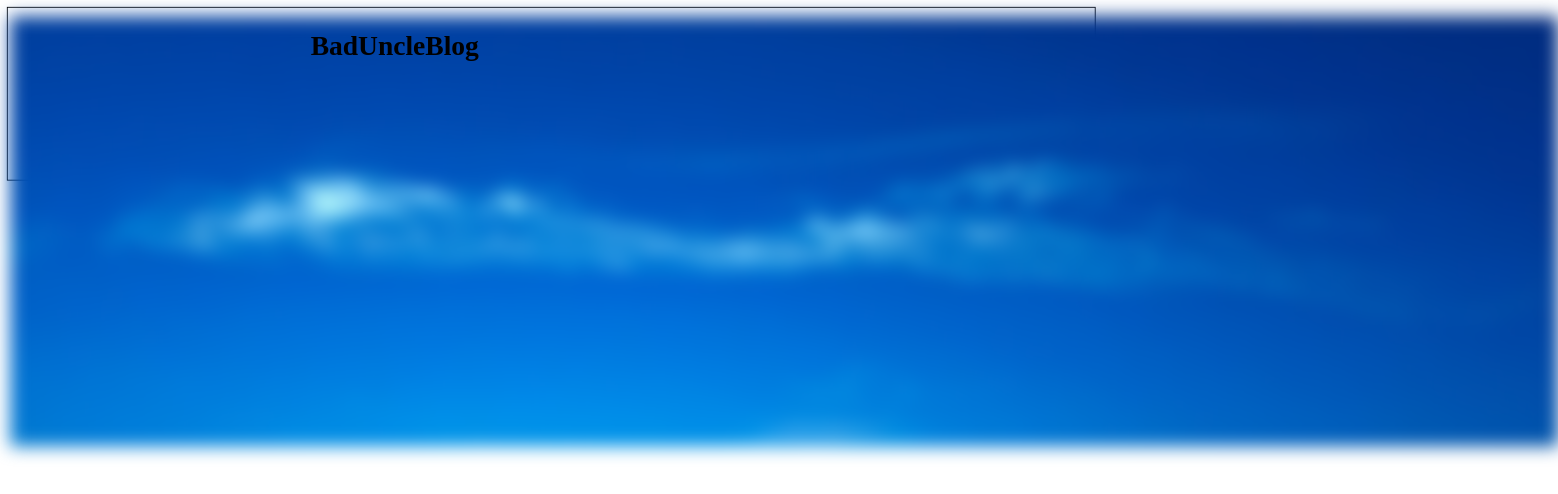
Repository: lidasi/monkeyLife
Page: http://localhost/monkeyLife/jsp/topbar.jsp
An editor plug-in stored every save of this project. The page is shown before and after the next save, followed by the edit.
The browser window is 1280 px wide. The page is 1812 px wide, so the pictures cover 1812 px, including what lies to the right of the window. The pictures show the whole page, at 86% of full size.
The page is served by Tomcat 9.

Above is the page before, as saved 2017-07-13 07:22:37.

### workSpeaces/monkeyLife/WebContent/css/top.css
@CHARSET "UTF-8";
#div-relative{position:relative;
	color:#000;
	border:1px solid #000;
	width:100%;
	height:200px}
#backgroundImage{
	position:absolute;
	left:3px;
	top:10px;
/*    border: 1px solid #CCCCCC;
    padding:90px 5px 10px;*/
    background: url("../image/dock/backgroundImage.jpg") no-repeat;
    background-size: cover;
    -webkit-filter: blur(10px);
    -ms-filter: blur(10px);
    filter: progid:DXImageTransform.Microsoft.Blur(PixelRadius=10, MakeShadow=false);
    animation:mymove 5s infinite;
    -webkit-animation:mymove 5s infinite;
}
 @keyframes mymove
{
    0%   {top:10px; background:url("../image/dock/backgroundImage.jpg"); position:absolute;}
    50% {top:10px; background:url("../image/dock/background_001.jpg"); position:absolute;}
    100% {top:10px; background:url("../image/dock/backgroundImage.jpg"); position:absolute;}
}

@-webkit-keyframes mymove
{
    0%   {top:0px; background:url("../image/dock/backgroundImage.jpg" position:absolute;);
    }
    50%   {top:0px; background:url("../image/dock/background_001.jpg" position:absolute;);
    }
    100% {top:0px; background:url("../image/dock/backgroundImage.jpg" position:absolute;);
    }
}
#title{
	position:absolute; left:300px; top:5px; width: 300px; height: 80px; text-align: center;
}

Loaded but not shown: workSpeaces/monkeyLife/WebContent/jsp/topbar.jsp (common file); workSpeaces/monkeyLife/WebContent/js/jquery.min.js (library)

After the next save:
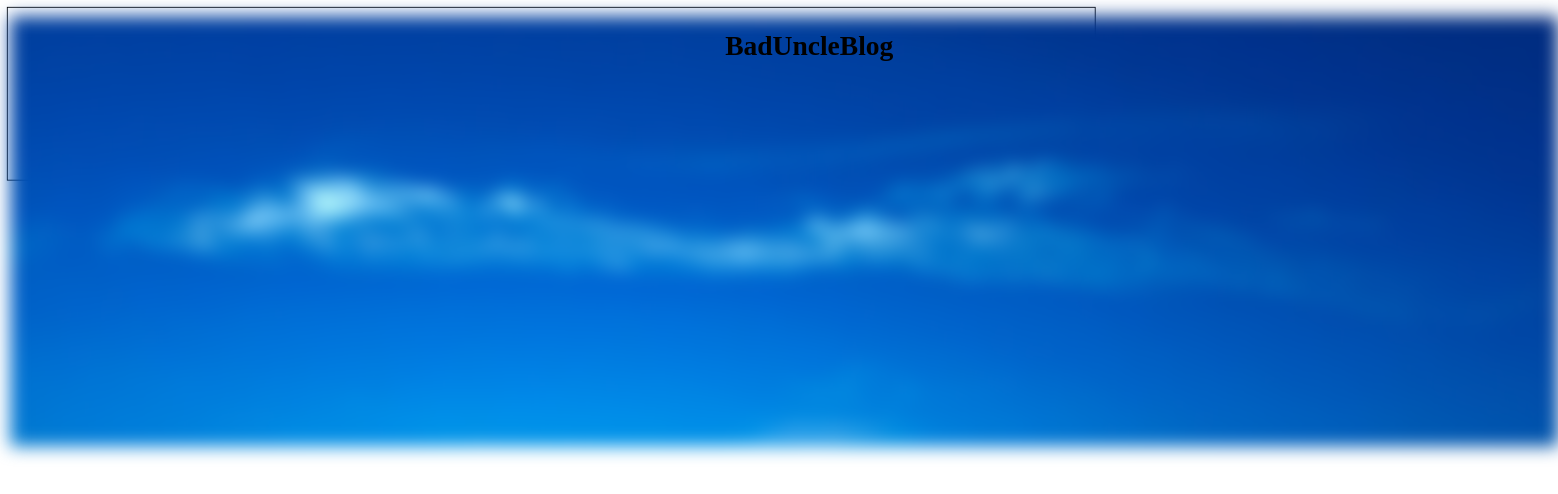
Saved 22 s later.
--- a/workSpeaces/monkeyLife/WebContent/css/top.css
+++ b/workSpeaces/monkeyLife/WebContent/css/top.css
@@ -35,5 +35,5 @@
     }
 }
 #title{
-	position:absolute; left:300px; top:5px; width: 300px; height: 80px; text-align: center;
+	position:absolute; left:300px; top:5px; width: 100%; height: 80px; text-align: center;
 }
